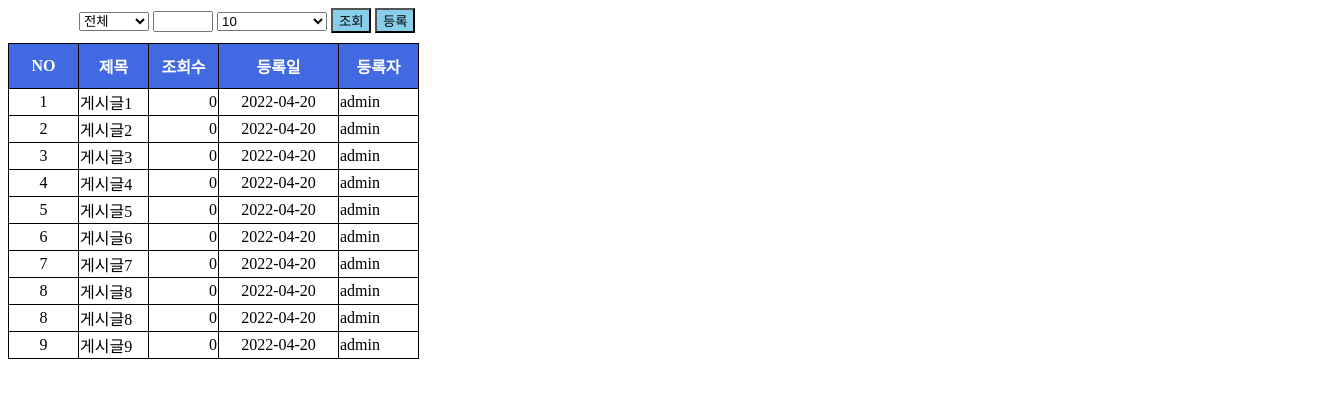
Repository: kimjoohye/study_WEB
Page: workspace/studyhtml5/WebContent/Q1.html
An editor plug-in stored every save of this project. The page is shown before and after the next save, followed by the edit.
The browser window is 1280 px wide. The page is 1343 px wide, so the pictures cover 1343 px, including what lies to the right of the window. The pictures show the whole page.

Above is the page before, as saved 2022-05-18 08:22:11.

After the next save:
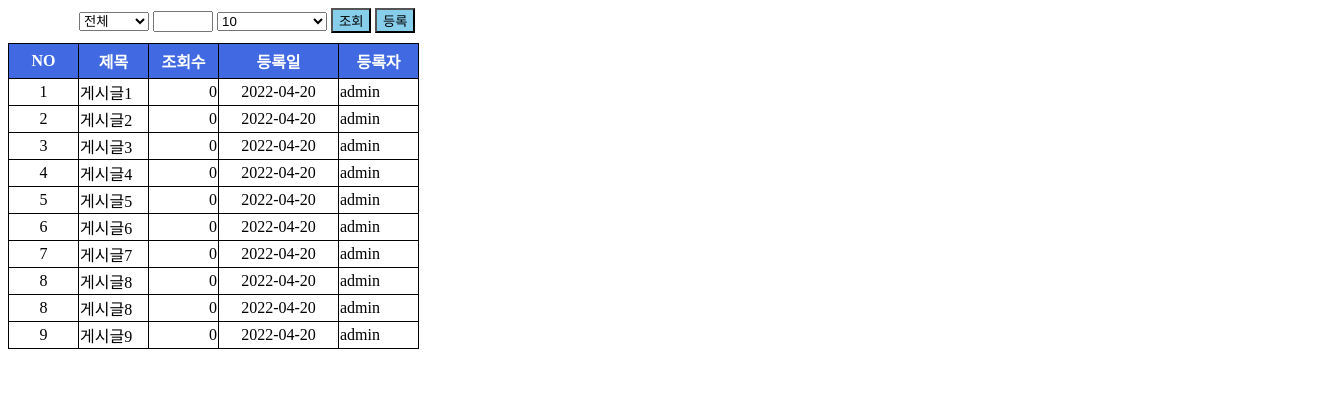
Saved 13 s later.
--- a/workspace/studyhtml5/WebContent/Q1.html
+++ b/workspace/studyhtml5/WebContent/Q1.html
@@ -31,7 +31,7 @@
     color: white;
     text-align: center;
     box-sizing: border-box;
-    padding: 10px;
+    padding: 5px;
   }
 
   tbody > tr > td:first-child,
